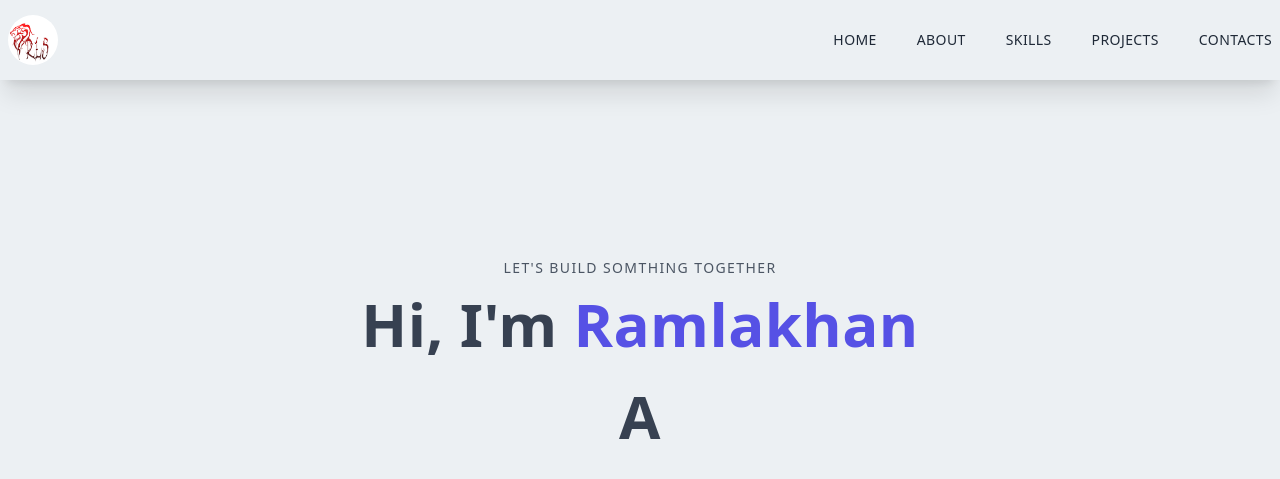
Repository: ram2642/portfolio-using-next-js
Page: /
These files come from the project's save history. The page is drawn as it stood at one moment and after a run of saves; the edit follows.
The browser window is 1280 px wide. The pictures show the whole page.
The project was rebuilt for these pictures with package versions that can differ from the ones it lists, and the page was loaded fresh each time. The framework's server and built-in components were replaced by stand-ins that run in the browser. Also part of the build but not shown: next.config.js.

Above is the page before, as saved 2022-09-04 01:52:21.

### pages/index.js
// import { Main } from 'next/document'
import Head from 'next/head'
import Image from 'next/image'
import Main from '../components/Main'
import Navbar from '../components/Navbar'


export default function Home() {
  return (
    <div className="">
      <Head>
        <title>Ramlakhan | Front-End Developer</title>
        <meta name="description" content="Generated by create next app" />
        <link rel="icon" href="/favicon.ico" />
      </Head>
      <Navbar/>
      <Main/>

    </div>
  )
}

### styles/globals.css
@tailwind base;
@tailwind components;
@tailwind utilities;


@layer base {
  body {
    @apply bg-[#ecf0f3] text-[#1f2937] tracking-wide
  }
  h1, h2, h3, h4, h5, h6 {
    @apply font-bold;
  }
  h1 {
    @apply text-4xl sm:text-5xl md:text-6xl;
  }
  h2 {
    @apply text-3xl sm:text-4xl;
  }
  li {
    @apply cursor-pointer;
  }
  button {
    @apply shadow-xl shadow-gray-400 rounded-xl uppercase bg-gradient-to-r from-[#5651e5] to-[#709dff] text-white
  }
  }

### components/Main.jsx
import React from 'react'

const Main = () => {
  return (
    <div className='w-full h-screen text-center'>
   <div className='max-w-[1240px] w-full h-full mx-auto p-2 flex justify-center items-center'>
    <div>
      <p className='uppercase text-sm tracking-widest text-gray-600'>Let's build somthing together</p>
      <h1 className='py-4 text-gray-700'>
        Hi, I'm <span className='text-[#5651e5]'> Ramlakhan</span>
      </h1>
      <h1 className='py-4 text-gray-700'>
        A
      </h1>
    </div>

   </div>
    </div>
  )
}

export default Main

### components/Navbar.jsx
import Image from "next/image";
import React, { useState } from "react";
import Link from "next/link";
import { AiOutlineClose, AiOutlineMenu, AiOutlineMail } from "react-icons/ai";
import { FaLinkedinIn, FaGithub } from "react-icons/fa";
import { BsFillPersonLinesFill } from "react-icons/bs";

const Navbar = () => {
  const [nav, setNav] = useState(false);

  const handleNav = () => {
    setNav(!nav);
  };
  return (
    <div className="fixed w-full h-20 shadow-xl z-[100]">
      <div className="flex justify-between items-center w-full h-full px-2 2xl:px-16">
        <Image
          className="rounded-full cursor-pointer"
          src="data:[embedded picture, 6010 characters]"
          alt=""
          width="50"
          height="50"
        />
        <div>
          <ul className="hidden md:flex">
            <Link href="/">
              <li className="ml-10 text-sm uppercase hover:border-b">Home</li>
            </Link>
            <Link href="/">
              <li className="ml-10 text-sm uppercase hover:border-b">About</li>
            </Link>
            <Link href="/">
              <li className="ml-10 text-sm uppercase hover:border-b">Skills</li>
            </Link>
            <Link href="/">
              <li className="ml-10 text-sm uppercase hover:border-b">
                Projects
              </li>
            </Link>
            <Link href="/">
              <li className="ml-10 text-sm uppercase hover:border-b">
                Contacts
              </li>
            </Link>
          </ul>
          <div onClick={handleNav} className="md:hidden cursor-pointer">
            <AiOutlineMenu size={25} />
          </div>
        </div>
      </div>
      <div className={nav ? 'md:hidden fixed left-0 top-0 w-full h-screen bg-black/70' : ''}>
        <div className={nav ? "fixed left-0 top-0 w-[75%] sm:w-[60%] md:w-[45%] h-screen bg-[#ecf0f3] p-10 ease-in duration-500" : "fixed left-[-100%] top-0  p-10 ease-in duration-500"}>
          <div>
            <div className="flex w-full items-center justify-between">
              <Image
                className="rounded-full cursor-pointer"
                src="data:[embedded picture, 6010 characters]"
                alt=""
                width="50"
                height="50"
              />
              <div onClick={handleNav} className="rounded-full shadow-lg shadow-gray-400 p-3 cursor-pointer">
                <AiOutlineClose />
              </div>
            </div>
            <div className="border-b border-gray-300 my-4">
              <p className="w-[85%] md:w-[905] PY-4">
                Let's builds something legendary together
              </p>
            </div>
          </div>
          <div className="py-4 flex flex-col">
            <ul className="uppercase">
              <Link href="/">
                <li className="py-4 text-sm">Home</li>
              </Link>
              <Link href="/">
                <li className="py-4 text-sm">About</li>
              </Link>
              <Link href="/">
                <li className="py-4 text-sm">Skills</li>
              </Link>
              <Link href="/">
                <li className="py-4 text-sm">Projects</li>
              </Link>
              <Link href="/">
                <li className="py-4 text-sm">Contacts</li>
              </Link>
            </ul>
            <div className="pt-40">
              <p className="uppercase tracking-widest text-[#5651e5]">
                Let's Connect
              </p>
              <div className="flex items-center justify-between my-4 w-full sm:w-[80%]">
                <div className="rounded-full shadow-lg shadow-gray-400 p-3 cursor-pointer hover:scale-105 ease-in duration-300">
                  <FaLinkedinIn />
                </div>
                <div className="rounded-full shadow-lg shadow-gray-400 p-3 cursor-pointer hover:scale-105 ease-in duration-300">
                  <FaGithub />
                </div>
                <div className="rounded-full shadow-lg shadow-gray-400 p-3 cursor-pointer hover:scale-105 ease-in duration-300">
                  <AiOutlineMail />
                </div>
                <div className="rounded-full shadow-lg shadow-gray-400 p-3 cursor-pointer hover:scale-105 ease-in duration-300">
                  <BsFillPersonLinesFill />
                </div>
              </div>
            </div>
          </div>
        </div>
      </div>
    </div>
  );
};

export default Navbar;

Loaded but not shown: pages/_app.js (common file); tailwind.config.js (common file)

After the next 5 saves:
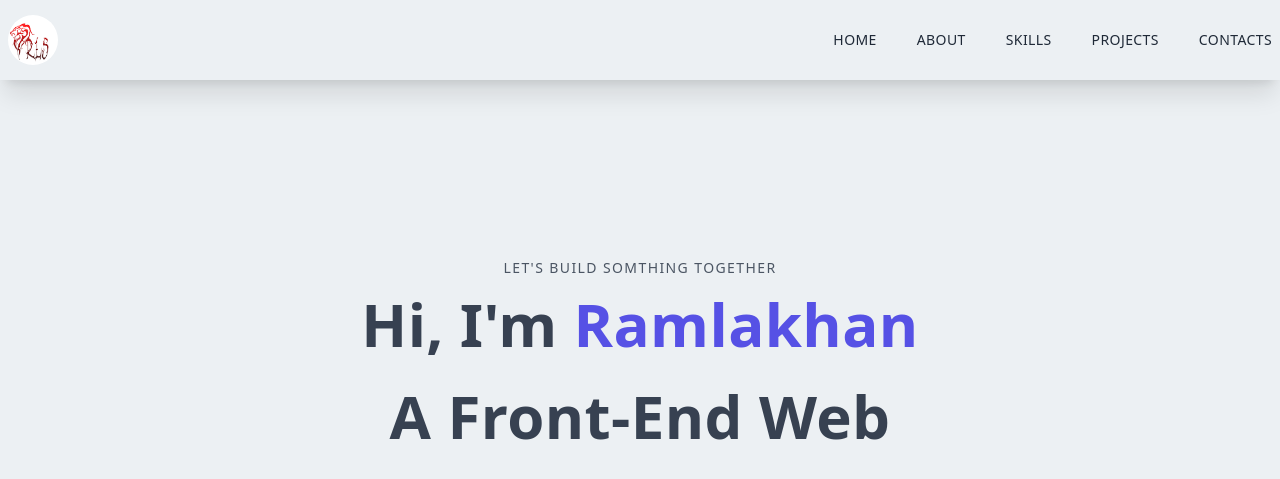
The 5 saves are shown as one change because they came seconds apart.
The last was saved 12 s later.
--- a/components/Main.jsx
+++ b/components/Main.jsx
@@ -10,7 +10,7 @@ const Main = () => {
         Hi, I'm <span className='text-[#5651e5]'> Ramlakhan</span>
       </h1>
       <h1 className='py-4 text-gray-700'>
-        A
+        A Front-End Web
       </h1>
     </div>
 
